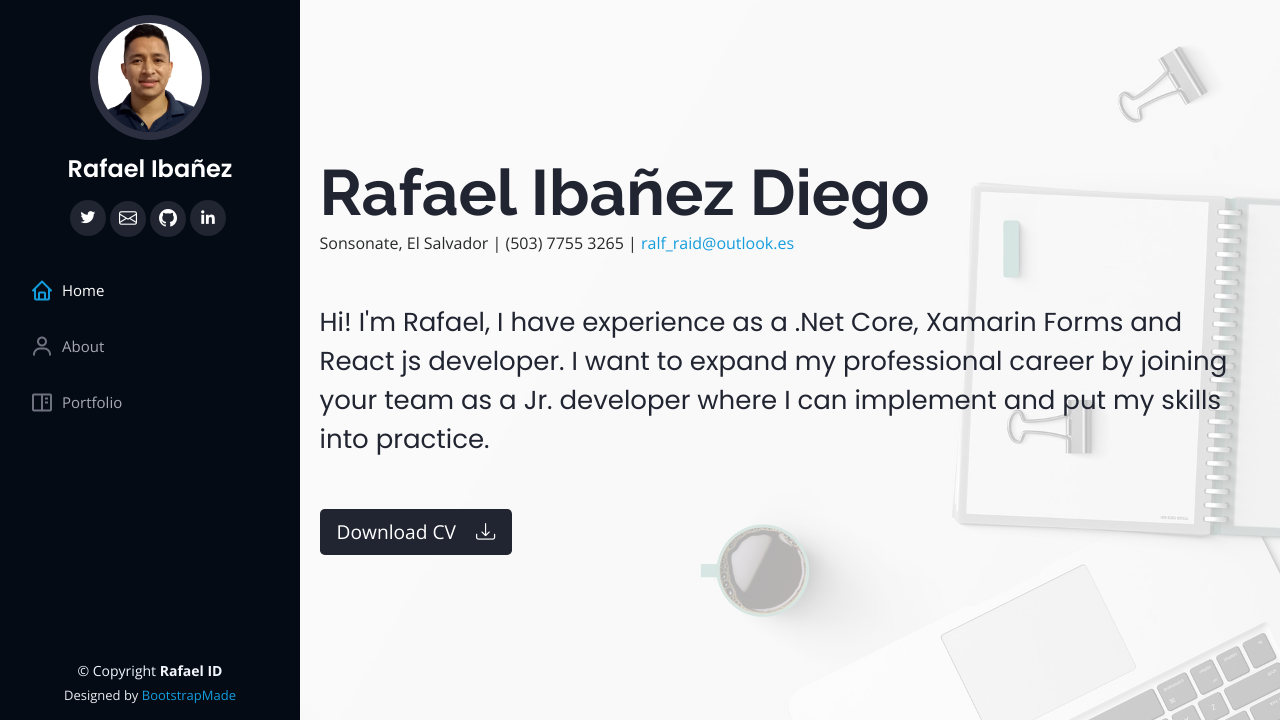
Repository: ralfId/myportfolio
Page: /
These files come from the project's save history. The page is drawn as it stood at one moment and after the next save; the edit follows.
The browser window is 1280 px wide. The pictures show the whole page.
The project was rebuilt for these pictures with package versions that can differ from the ones it lists, and the page was loaded fresh each time. Also part of the build but not shown: src/data/projects.js, src/components/Projects/ProjectItem.js, src/components/Projects/ProjectIndex.js, src/helpers/ProjectById.js, src/components/Projects/ProjectDetail.js, src/components/Resume.js, src/components/About.js.

Above is the page before, as saved 2021-09-21 15:25:17.

After the next save:
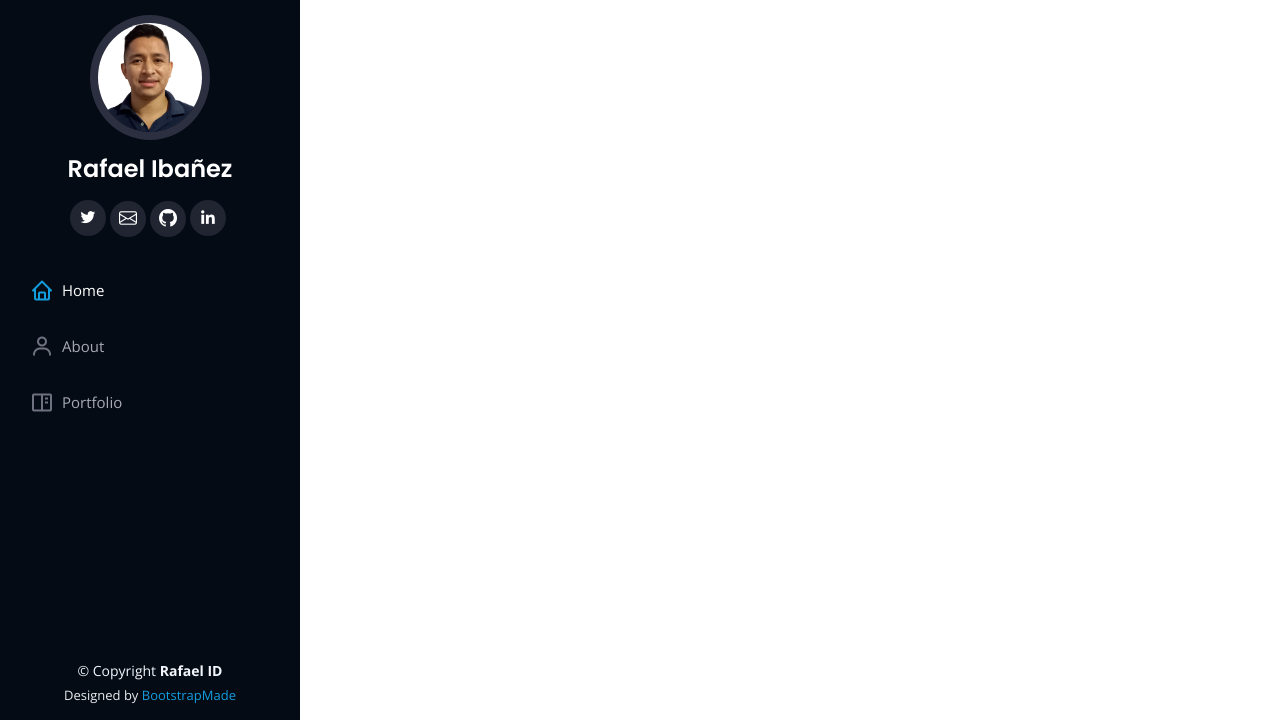
Saved 14 min 15 s later.
--- a/src/routers/AppRouter.js
+++ b/src/routers/AppRouter.js
@@ -24,7 +24,7 @@
                     <Route exact path="/about" component={About}/>
                     <Route exact path="/portfolio" component={ProjectIndex} />
                     <Route exact path="/item/:Id" component={ProjectDetail} />
-                    <Redirect to="/index" />
+                    <Redirect to="/" />
                 </Switch>
             </div>
             <Footer/>

After the save that followed:
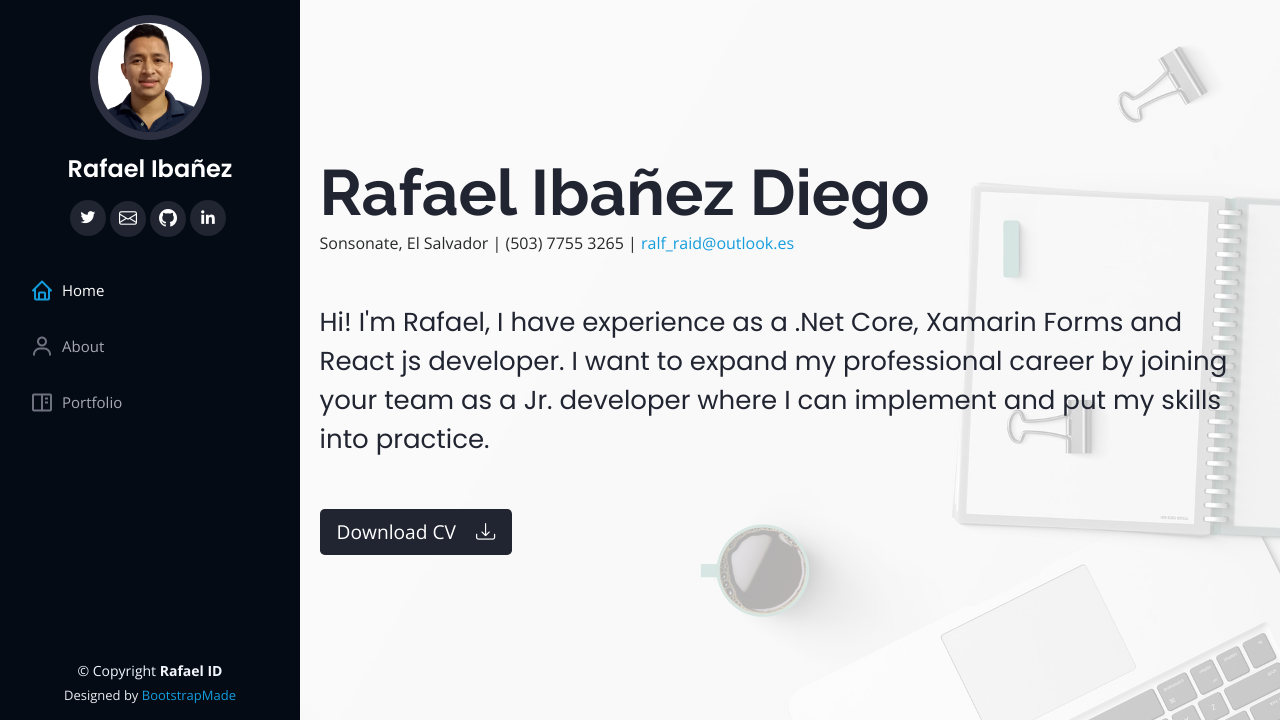
Saved 7 min 52 s later.
--- a/src/routers/AppRouter.js
+++ b/src/routers/AppRouter.js
@@ -24,7 +24,7 @@
                     <Route exact path="/about" component={About}/>
                     <Route exact path="/portfolio" component={ProjectIndex} />
                     <Route exact path="/item/:Id" component={ProjectDetail} />
-                    <Redirect to="/" />
+                    <Redirect to="/index" />
                 </Switch>
             </div>
             <Footer/>
